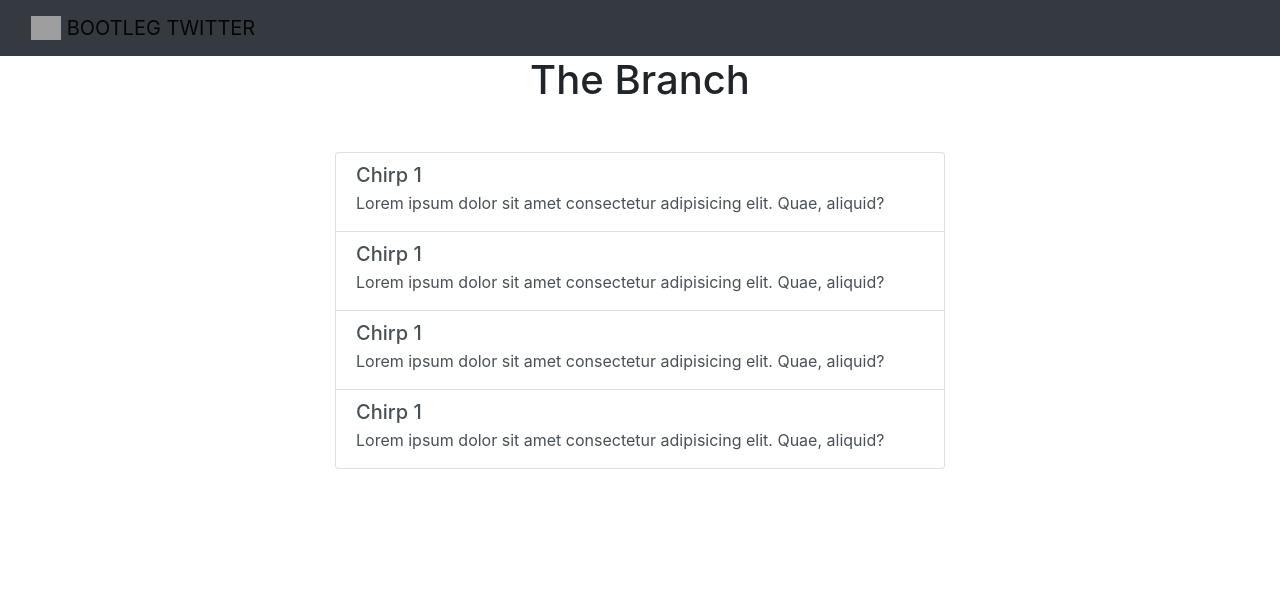
Repository: DavidDontKnow/BootlegTwitter
Page: html/FEED.HTML
The author's editor kept a copy of each file at every save. The page is drawn from the files as they stood at one save, then again after the next save.
The browser window is 1280 px wide. The pictures show the whole page.
Pictures or frames that could not be fetched are drawn as grey boxes.

Above is the page before, as saved 2023-04-06 11:04:48.

After the next save:
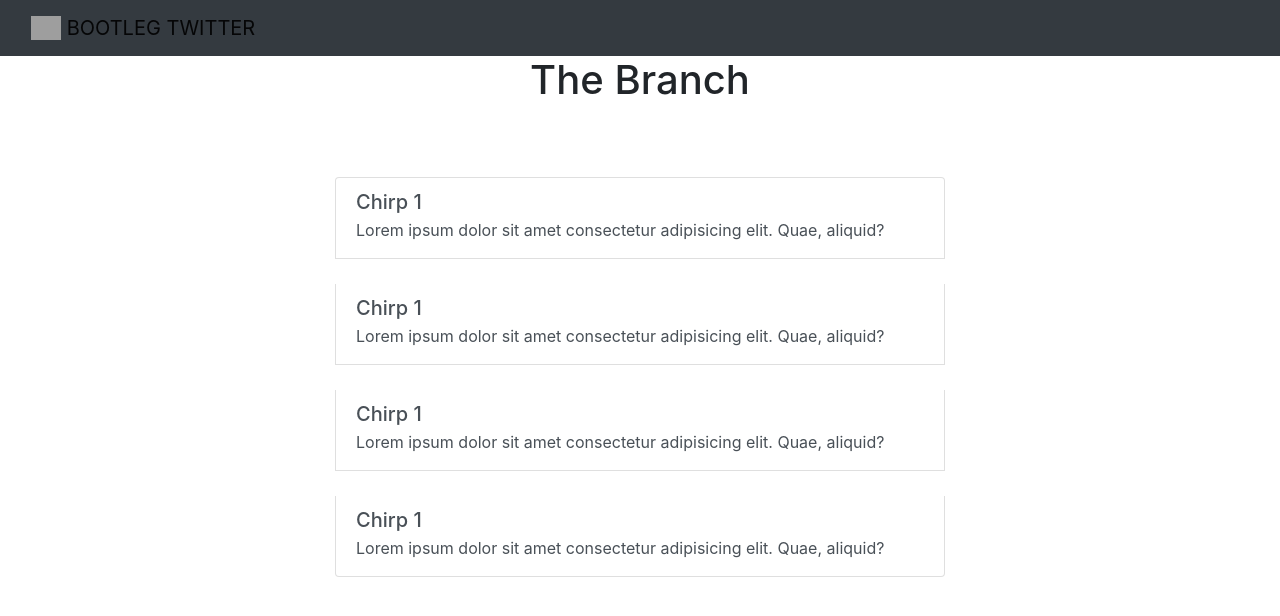
Saved 21 s later.
--- a/html/FEED.HTML
+++ b/html/FEED.HTML
@@ -7,7 +7,7 @@
     <link rel="stylesheet" href="https://maxcdn.bootstrapcdn.com/bootstrap/4.5.2/css/bootstrap.min.css">
     <style>
       .list-group-item {
-        padding-top: 10px;
+        margin-top: 25px;
       }
     </style>
     <title>Login</title>
